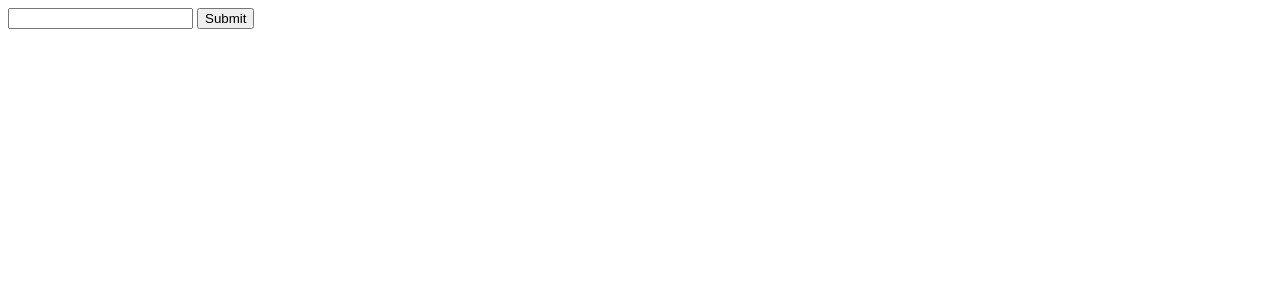
Repository: linqinyun/JavaCode
Page: servlet_advanced/WebContent/search.html
The author's editor kept a copy of each file at every save. The page is drawn from the files as they stood at one save, then again after the next save.
The browser window is 1280 px wide. The pictures show the whole page.

Above is the page before, as saved 2020-11-13 07:58:42.

### servlet_advanced/WebContent/search.html
<!DOCTYPE html>
<html>
<head>
<meta charset="UTF-8">
<title>Insert title here</title>
</head>
<body>
	<form action="/servlet_advanced/search/search" method="get">
		<input type="search" name="name" placeholder >
		<input type="submit">
	</form>
</body>
</html>

After the next save:
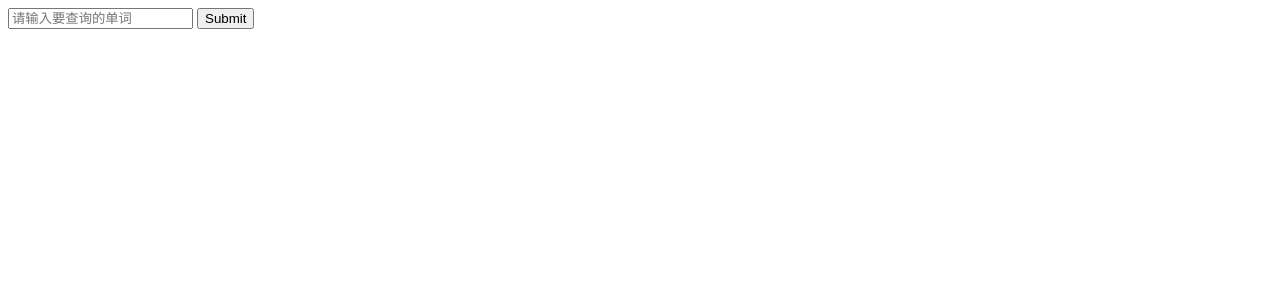
Saved 20 s later.
--- a/servlet_advanced/WebContent/search.html
+++ b/servlet_advanced/WebContent/search.html
@@ -6,7 +6,7 @@
 </head>
 <body>
 	<form action="/servlet_advanced/search/search" method="get">
-		<input type="search" name="name" placeholder >
+		<input type="search" name="name" placeholder="请输入要查询的单词" >
 		<input type="submit">
 	</form>
 </body>
